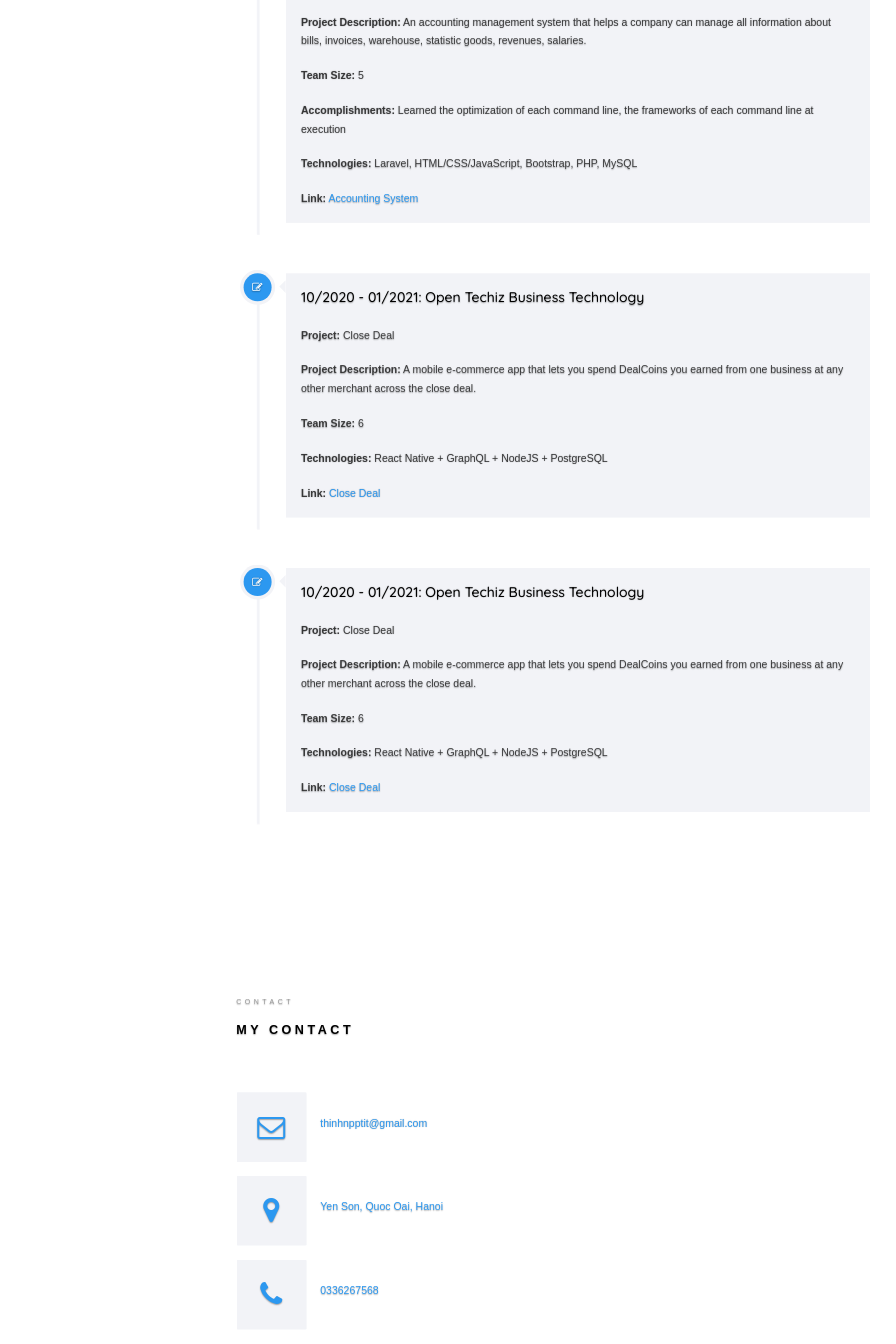
Repository: thinhnpptit/my-cv
Page: index.html
These files come from the project's save history. The page is drawn as it stood at one moment and after the next save; the edit follows.
The browser window is 1280 px wide. The pictures show the part of the page from y = 2619 to 4539 px (the page is 4672 px tall), at 70% of full size.
Some web fonts or font styles are not loaded; a fallback is used.

Above is the page before, as saved 2021-06-22 22:43:24.
Console error: TypeError: $(...).stick_in_parent is not a function

### index.html

<!DOCTYPE HTML>
<html>
	<head>
	<meta charset="utf-8">
	<meta http-equiv="X-UA-Compatible" content="IE=edge">
	<title>MY CV</title>
	<meta name="viewport" content="width=device-width, initial-scale=1">
	<meta name="description" content="" />
	<meta name="keywords" content="" />
	<meta name="author" content="" />

  <!-- Facebook and Twitter integration -->
	<meta property="og:title" content=""/>
	<meta property="og:image" content=""/>
	<meta property="og:url" content=""/>
	<meta property="og:site_name" content=""/>
	<meta property="og:description" content=""/>
	<meta name="twitter:title" content="" />
	<meta name="twitter:image" content="" />
	<meta name="twitter:url" content="" />
	<meta name="twitter:card" content="" />

	<!-- Place favicon.ico and apple-touch-icon.png in the root directory -->
	<link rel="shortcut icon" href="favico.png">

	<link href="https://fonts.googleapis.com/css?family=Quicksand:300,400,500,700" rel="stylesheet">
	<link href="https://fonts.googleapis.com/css?family=Playfair+Display:400,400i,700" rel="stylesheet">

	<!-- Animate.css -->
	<link rel="stylesheet" href="css/animate.css">
	<!-- Icomoon Icon Fonts-->
	<link rel="stylesheet" href="css/icomoon.css">
	<!-- Bootstrap  -->
	<link rel="stylesheet" href="css/bootstrap.css">
	<!-- Flexslider  -->
	<link rel="stylesheet" href="css/flexslider.css">
	<!-- Flaticons  -->
	<link rel="stylesheet" href="fonts/flaticon/font/flaticon.css">
	<!-- Owl Carousel -->
	<link rel="stylesheet" href="css/owl.carousel.min.css">
	<link rel="stylesheet" href="css/owl.theme.default.min.css">
	<!-- Theme style  -->
	<link rel="stylesheet" href="css/style.css">
	<!-- Font Waresome -->
	<link rel="stylesheet" href="https://cdnjs.cloudflare.com/ajax/libs/font-awesome/4.7.0/css/font-awesome.min.css">

	<!-- Modernizr JS -->
	<script src="js/modernizr-2.6.2.min.js"></script>
	<!-- FOR IE9 below -->
	<!--[if lt IE 9]>
	<script src="js/respond.min.js"></script>
	<![endif]-->

	</head>
	<body>
	<div id="colorlib-page">
		<div class="container-wrap">
		<a href="#" class="js-colorlib-nav-toggle colorlib-nav-toggle" data-toggle="collapse" data-target="#navbar" aria-expanded="false" aria-controls="navbar"><i></i></a>
		<aside id="colorlib-aside" role="complementary" class="border js-fullheight">
			<div class="text-center">
				<div class="author-img" style="background-image: url(images/avatar.png);"></div>
				<h1 id="colorlib-logo"><a href="index.html">Nguyen Phu Thinh</a></h1>
				<span class="position">Full Stack Web Developer</span>
			</div>
			<nav id="colorlib-main-menu" role="navigation" class="navbar">
				<div id="navbar" class="collapse">
					<ul>
						<li class="active"><a href="#" data-nav-section="about">About</a></li>
						<li><a href="#" data-nav-section="skills">Skills</a></li>
						<li><a href="#" data-nav-section="education">Education</a></li>
						<li><a href="#" data-nav-section="experience">Project</a></li>
						<li><a href="#" data-nav-section="contact">Contact</a></li>
					</ul>
				</div>
			</nav>

			<div class="colorlib-footer">
				<a href="" target="_blank" class="btn btn-primary btn-learn text-center">Download My CV <i class="fa fa-cloud-download" aria-hidden="true"></i></a>
			</div>

		</aside>

		<div id="colorlib-main">
			<section class="colorlib-about" data-section="about">
				<div class="colorlib-narrow-content">
					<div class="row">
						<div class="col-md-12">
							<div class="row row-bottom-padded-sm animate-box" data-animate-effect="fadeInLeft">
								<div class="col-md-12">
									<div class="about-desc">
										<span class="heading-meta">ABOUT</span>
										<h2 class="colorlib-heading">Who Am I?</h2>
										<p>I'm Nguyen Phu Thinh, a full stack developer with <strong>2 years of experience</strong> in Front-End Web Development (which includes <strong>1 years of experience</strong> in Back-End Development), with good knowledge of Object-Oriented
											Analysis and Design, Database Design, and Design Patterns.</p>
										<!-- <p>Learning new languages and technologies is what I am passionate about (I self-taught Django with 3 weeks). I am considered a team-player because I like to help other and tend to work well within groups. I can also do some mentoring tasks and do code reviewing for other team members.</p> -->
										<!-- <span>Target: -->
										</span>
									</div>
								</div>
							</div>
						</div>
					</div>
				</div>
			</section>


			<section class="colorlib-skills" data-section="skills">
				<div class="colorlib-narrow-content">
					<div class="row">
						<div class="col-md-6 col-md-offset-3 col-md-pull-3 ">
							<span class="heading-meta">SKILLS</span>
							<h2 class="colorlib-heading">MY SKILLS</h2>
						</div>
					</div>
					<div class="row row-pt-md">
						<div class="col-md-3 text-center animate-box">
							<div class="services color-1">
								<span class="icon">
									<i class="fa fa-heart-o" aria-hidden="true"></i>
								</span>
								<div class="desc">
									<h3>PROGRAMMING LANGUAGES</h3>
									<ul>
										<li>HTML, CSS</li>
										<li>JavaScript</li>
										<li>PHP</li>
										<li>Java</li>
										<li>Python</li>
										<br>
										<br>
										<br>
									</ul>
									<br>
								</div>
							</div>
						</div>
						<div class="col-md-3 text-center animate-box">
							<div class="services color-2">
								<span class="icon">
									<i class="fa fa-file-code-o" aria-hidden="true"></i>
								</span>
								<div class="desc">
									<h3>FRAMEWORKS & PLATFORMS
									</h3>
									<ul>
										<li>Bootstrap</li>
										<li>Jquery</li>
										<li>ReactJS/ReactNative</li>
										<li>NodeJS</li>
										<li>Laravel</li>
										<li>RestfulAPI / JSON, XML</li>
										<li>Javascript SDK: FacebookSDK, Firebase, MongoLab API</li>
									</ul>
								</div>
							</div>
						</div>
						<div class="col-md-3 text-center animate-box">
							<div class="services color-3">
								<span class="icon">
									<i class="fa fa-database" aria-hidden="true"></i>
								</span>
								<div class="desc">
									<h3>Database Management</h3>
									<ul>
										<li>MySQL</li>
										<li>MongoDB</li>
										</li>Microsoft SQL</li>
										<li>PostgreSQL</li>
										<br>
										<br>
										<br>
										<br>
										<br>
										<br>
										<br>
										<br>
									</ul>
								</div>
							</div>
						</div>
						<div class="col-md-3 text-center animate-box">
							<div class="services color-4">
								<span class="icon">
									<i class="fa fa-git" aria-hidden="true"></i>
								</span>
								<div class="desc">
									<h3>Dev Tools</h3>
									<ul>
										<li>Git (Github)</li>
										<li>Docker</li>
										<li>VS Code</li>
										<li>Zsh/Bash</li>
										<br>
										<br>
										<br>
										<br>
										<br>
										<br>
									</ul>
								</div>
							</div>
						</div>
						<div class="col-md-12 text-center animate-box">
							<div class="services color-5">
								<span class="icon">
									<i class="fa fa-key" aria-hidden="true"></i>
								</span>
								<div class="desc">
									<h3>KNOWLEDGE</h3>
									<ul>
										<li>Deep understanding about OOP, Design Pattern, SOLID principles, Dependency Injection, ...</li>
										<li>Good understanding about the Agile and Scrum process</li>
										<li>Good understanding software design, database design, RestfulAPI, ...</li>
										<li>Good time management, presentation and teamwork skills ...</li>
									</ul>
								</div>
							</div>
						</div>
					</div>
				</div>
			</section>



			<section class="colorlib-education" data-section="education">
				<div class="colorlib-narrow-content">
					<div class="row">
						<div class="col-md-6 col-md-offset-3 col-md-pull-3 animate-box" data-animate-effect="fadeInLeft">
							<h2 class="colorlib-heading animate-box">EDUCATION</h2>
						</div>
					</div>
					<div class="row">
						<div class="col-md-12 animate-box" data-animate-effect="fadeInLeft">
							<div class="fancy-collapse-panel">
								<div class="panel-group" id="accordion" role="tablist" aria-multiselectable="true">
									<div class="panel panel-default">
									    <div class="panel-heading" role="tab" id="headingOne">
									        <h4 class="panel-title">
									            <a data-toggle="collapse" data-parent="#accordion" href="#collapseOne" aria-expanded="true" aria-controls="collapseOne">2017-2021</a>
									        </h4>
									    </div>
									    <div id="collapseOne" class="panel-collapse collapse in" role="tabpanel" aria-labelledby="headingOne">
									         <div class="panel-body">
									            <div class="row">
										      		<div class="col-md-6">
														  <p>Currently a former student of PTIT</p>
														  <p>GPA: 2.94</p>
															<p>TOEIC 645</p>
										      		</div>
										      		<div class="col-md-6">
										      			<p>Posts and Telecommunications Institute of Technology, Vietnam</p>
										      		</div>
										      	</div>
									         </div>
									    </div>
									</div>
								</div>
							</div>
						</div>

				</div>
			</section>

			<section class="colorlib-experience" data-section="experience">
				<div class="colorlib-narrow-content">
					<div class="row">
						<div class="col-md-6 col-md-offset-3 col-md-pull-3 animate-box" data-animate-effect="fadeInLeft">
							<h2 class="colorlib-heading animate-box">EXPERIENCES</h2>
						</div>
					</div>
					<div class="row">
						<div class="col-md-12">
				         <div class="timeline-centered">
					         <article class="timeline-entry animate-box" data-animate-effect="fadeInLeft">
					            <div class="timeline-entry-inner">
					               <div class="timeline-icon color-1">
										<i class="fa fa-pencil-square-o" aria-hidden="true"></i>
					               </div>

					               <div class="timeline-label">
					                  	<h2><a href="#">02/2021 - PRESENT: Side Projects</a><span></span></h2>
										<p><strong>Project:</strong> Accounting System</p>
										<p><strong>Project Description:</strong> An accounting management system that helps a company can manage all 	  	  information about bills, invoices, warehouse, statistic goods, revenues, salaries.</p>
										<p><strong>Team Size:</strong> 5</p>
										<p><strong>Accomplishments:</strong> Learned the optimization of each command line, the frameworks of each command line at execution</p>
										<p><strong>Technologies:</strong> Laravel, HTML/CSS/JavaScript, Bootstrap, PHP, MySQL</p>
										<span><strong>Link:</strong></span><a href="http://accounting-system-app.herokuapp.com"> Accounting System</a>
										<!-- <div class="text-center">
											<a name="" id="" class="btn btn-primary" href="#" role="button">View Page</a>
										</div> -->
										<div class="list-img text-center">
											<!-- Images -->
										</div>
								   </div>
								   <br>
								</div>
					         </article>
					      </div>
					   </div>
					   <div class="col-md-12">
						<div class="timeline-centered">
							<article class="timeline-entry animate-box" data-animate-effect="fadeInLeft">
							   <div class="timeline-entry-inner">
								  <div class="timeline-icon color-1">
										<i class="fa fa-pencil-square-o" aria-hidden="true"></i>
								  </div>

								  <div class="timeline-label">
										<h2><a href="#">10/2020 - 01/2021: Open Techiz Business Technology</a><span></span></h2>
										<p><strong>Project:</strong> Close Deal</p>
										<p><strong>Project Description:</strong> A mobile e-commerce app that lets you spend DealCoins you earned 	from one business at any other merchant across the close deal.</p>
										<p><strong>Team Size:</strong> 6</p>
										<!-- <p><strong>Accomplishments:</strong> Learned the optimization of each command line, the frameworks of each command line at execution</p> -->
										<p><strong>Technologies:</strong> React Native + GraphQL + NodeJS + PostgreSQL</p>
										<span><strong>Link:</strong></span><a href="https://closedeal.app"> Close Deal</a>
									   <!-- <div class="text-center">
										   <a name="" id="" class="btn btn-primary" href="#" role="button">View Page</a>
									   </div> -->
									   <div class="list-img text-center">
										   <!-- Image -->
									   </div>
								  </div>
								  <br>
							   </div>
							</article>
						 </div>
					  </div>
						<div class="col-md-12">
							<div class="timeline-centered">
								<article class="timeline-entry animate-box" data-animate-effect="fadeInLeft">
									 <div class="timeline-entry-inner">
										<div class="timeline-icon color-1">
											<i class="fa fa-pencil-square-o" aria-hidden="true"></i>
										</div>

										<div class="timeline-label">
											<h2><a href="#">10/2020 - 01/2021: Open Techiz Business Technology</a><span></span></h2>
											<p><strong>Project:</strong> Close Deal</p>
											<p><strong>Project Description:</strong> A mobile e-commerce app that lets you spend DealCoins you earned 	from one business at any other merchant across the close deal.</p>
											<p><strong>Team Size:</strong> 6</p>
											<!-- <p><strong>Accomplishments:</strong> Learned the optimization of each command line, the frameworks of each command line at execution</p> -->
											<p><strong>Technologies:</strong> React Native + GraphQL + NodeJS + PostgreSQL</p>
											<span><strong>Link:</strong></span><a href="https://closedeal.app"> Close Deal</a>
											 <!-- <div class="text-center">
												 <a name="" id="" class="btn btn-primary" href="#" role="button">View Page</a>
											 </div> -->
											 <div class="list-img text-center">
												 <!-- Image -->
											 </div>
										</div>
										<br>
									 </div>
								</article>
							 </div>
							</div>
				   </div>
				</div>
			</section>

			<section class="colorlib-contact" data-section="contact">
				<div class="colorlib-narrow-content">
					<div class="row">
						<div class="col-md-6 col-md-offset-3 col-md-pull-3 animate-box" data-animate-effect="fadeInLeft">
							<span class="heading-meta">CONTACT</span>
							<h2 class="colorlib-heading">My Contact</h2>
						</div>
					</div>
					<div class="row">
						<div class="col-md-12">
							<div class="colorlib-feature colorlib-feature-sm animate-box" data-animate-effect="fadeInLeft">
								<div class="colorlib-icon">
									<i class="fa fa-envelope-o" aria-hidden="true"></i>
								</div>
								<div class="colorlib-text">
									<p><a href="mailto:hoangtienaptech@gmail.com">thinhnpptit@gmail.com</a></p>
								</div>
							</div>
							<div class="colorlib-feature colorlib-feature-sm animate-box" data-animate-effect="fadeInLeft">
								<div class="colorlib-icon">
									<i class="fa fa-map-marker" aria-hidden="true"></i>
								</div>
								<div class="colorlib-text">
									<p><a href="">Yen Son, Quoc Oai, Hanoi</a></p>
								</div>
							</div>
							<div class="colorlib-feature colorlib-feature-sm animate-box" data-animate-effect="fadeInLeft">
								<div class="colorlib-icon">
									<i class="fa fa-phone" aria-hidden="true"></i>
								</div>
								<div class="colorlib-text">
									<p><a href="tel:+84393932114">0336267568</a></p>
								</div>
							</div>
						</div>
					</div>
				</div>
			</section>

		</div><!-- end:colorlib-main -->
	</div><!-- end:container-wrap -->
	</div><!-- end:colorlib-page -->

	<!-- jQuery -->
	<script src="js/jquery.min.js"></script>
	<!-- jQuery Easing -->
	<script src="js/jquery.easing.1.3.js"></script>
	<!-- Bootstrap -->
	<script src="js/bootstrap.min.js"></script>
	<!-- Waypoints -->
	<script src="js/jquery.waypoints.min.js"></script>
	<!-- Flexslider -->
	<script src="js/jquery.flexslider-min.js"></script>
	<!-- Owl carousel -->
	<script src="js/owl.carousel.min.js"></script>
	<!-- Counters -->
	<script src="js/jquery.countTo.js"></script>

	<!-- MAIN JS -->
	<script src="js/main.js"></script>

	</body>
</html>

Loaded but not shown: css/animate.css (library); css/bootstrap.css (library); css/owl.carousel.min.css (library); css/owl.theme.default.min.css (common file); js/modernizr-2.6.2.min.js (library); js/jquery.min.js (library); js/jquery.easing.1.3.js (library); js/bootstrap.min.js (library); js/jquery.waypoints.min.js (library); js/jquery.flexslider-min.js (library); js/owl.carousel.min.js (library); js/jquery.countTo.js (library); js/main.js (310 lines, source omitted); css/style.css (1971 lines, source omitted); css/flexslider.css (275 lines, source omitted)

After the next save:
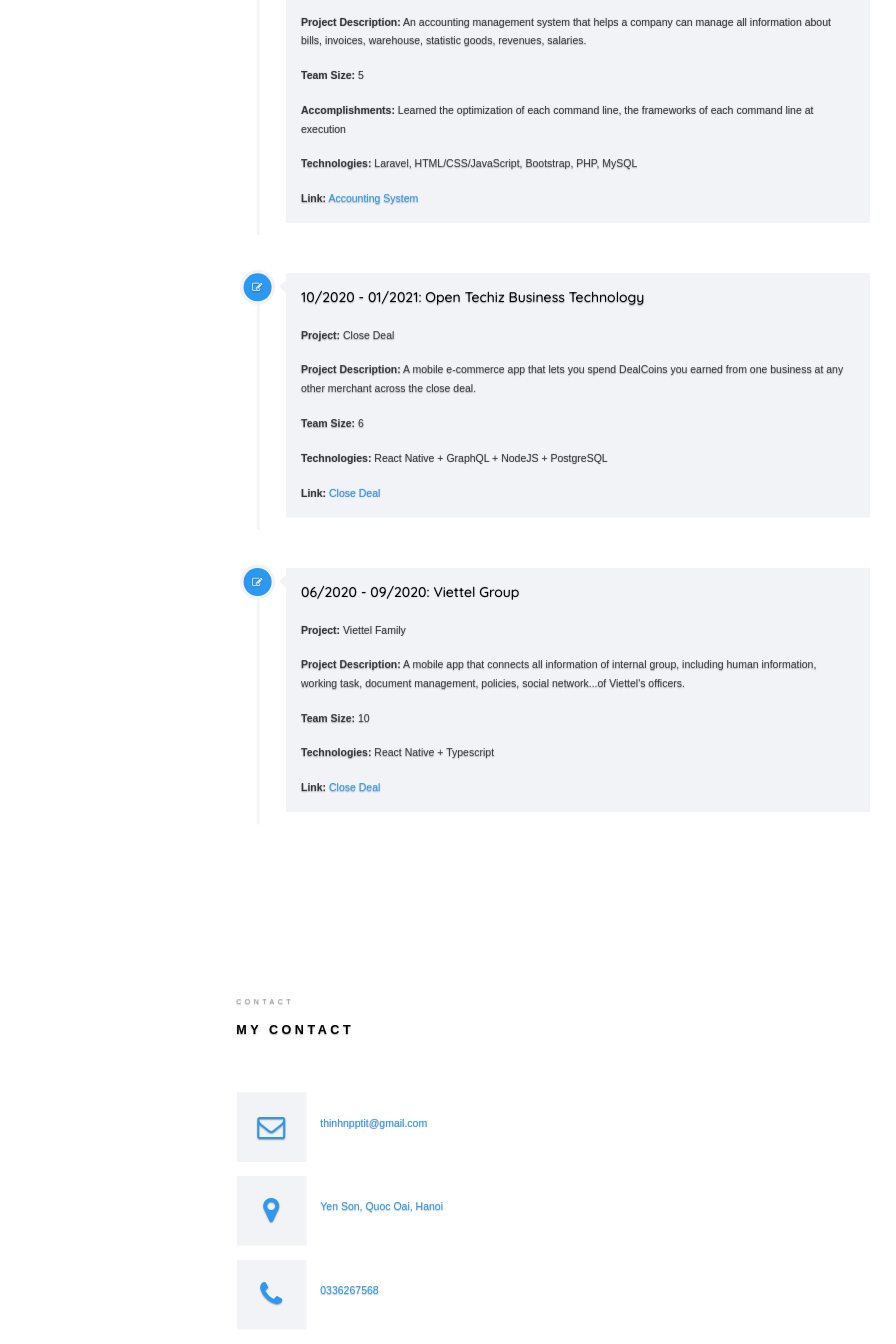
Saved 95 s later.
--- a/index.html
+++ b/index.html
@@ -335,12 +335,12 @@
 										</div>
 
 										<div class="timeline-label">
-											<h2><a href="#">10/2020 - 01/2021: Open Techiz Business Technology</a><span></span></h2>
-											<p><strong>Project:</strong> Close Deal</p>
-											<p><strong>Project Description:</strong> A mobile e-commerce app that lets you spend DealCoins you earned 	from one business at any other merchant across the close deal.</p>
-											<p><strong>Team Size:</strong> 6</p>
+											<h2><a href="#">06/2020 - 09/2020: Viettel Group</a><span></span></h2>
+											<p><strong>Project:</strong> Viettel Family</p>
+											<p><strong>Project Description:</strong> A mobile app that connects all information of internal group, including human information, working task, document management, policies, social network...of Viettel's officers.</p>
+											<p><strong>Team Size:</strong> 10</p>
 											<!-- <p><strong>Accomplishments:</strong> Learned the optimization of each command line, the frameworks of each command line at execution</p> -->
-											<p><strong>Technologies:</strong> React Native + GraphQL + NodeJS + PostgreSQL</p>
+											<p><strong>Technologies:</strong> React Native + Typescript </p>
 											<span><strong>Link:</strong></span><a href="https://closedeal.app"> Close Deal</a>
 											 <!-- <div class="text-center">
 												 <a name="" id="" class="btn btn-primary" href="#" role="button">View Page</a>
